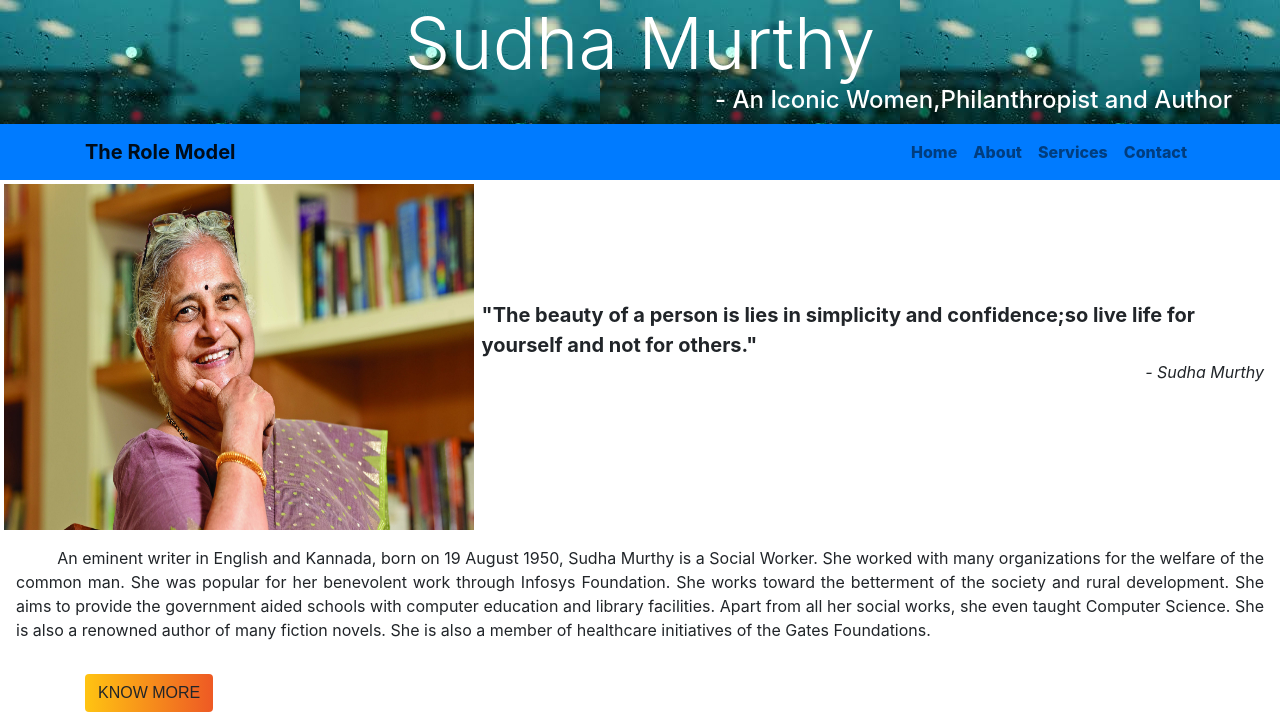
Repository: sumanthr18/RoleModel
Page: index.html
These files come from the project's save history. The page is drawn as it stood at one moment and after the next save; the edit follows.
The browser window is 1280 px wide. The pictures show the whole page.

Above is the page before, as saved 2020-03-14 19:13:57.

### index.html
<!DOCTYPE html>
<html lang="en">
<head>
    <meta charset="UTF-8">
    <meta name="viewport" content="width=device-width, initial-scale=1.0">
    <title>SudhaMurthy</title>
    <link rel="stylesheet" href="style.css">
    <link rel="stylesheet" href="https://stackpath.bootstrapcdn.com/bootstrap/4.4.1/css/bootstrap.min.css" integrity="sha384-Vkoo8x4CGsO3+Hhxv8T/Q5PaXtkKtu6ug5TOeNV6gBiFeWPGFN9MuhOf23Q9Ifjh" crossorigin="anonymous">
</head>
<body>
    <header style="background-image: url(images.jpg);padding-bottom: 0.1%;">
        <h1 class="display-3 text-center my-0 text-white ">Sudha Murthy</h1>
        <h4 class="text-right mr-5 text-white">- An Iconic Women,Philanthropist and Author</h4>
    </header>
    <nav class="navbar navbar-expand-sm navbar-light bg-primary mb-0">
        <div class="container">
            <a style="font-weight: bold;" class="navbar-brand " href="#">The Role Model</a>
            <button class="navbar-toggler" data-toggle="collapse" data-target="#navbarNav">
                <span class="navbar-toggler-icon"></span>
            </button>
            <div class="collapse navbar-collapse" id="navbarNav">
                <ul style="font-weight: 800;" class="navbar-nav ml-auto">
                    <li class="nav-item">
                        <a class="nav-link" href="#">Home</a>
                    </li>
                    <li class="nav-item">
                        <a class="nav-link" href="#">About</a>
                    </li>
                    <li class="nav-item">
                        <a class="nav-link" href="#">Services</a>
                    </li>
                    <li class="nav-item">
                        <a class="nav-link" href="#">Contact</a>
                    </li>
                </ul>
            </div>
        </div>
    </nav>

<div class="media">
        <img class="mt-0 pl-1 pt-1" style="width:37%;height:350px" src="Sudha_Murty_1-update.jpg">
        <blockquote class="" >
            <br>
            <br>
            <br>
            <br>
            <br>
            <p class="ml-2 mb-0 lead" style="font-weight: bold;">"The beauty of a person is lies in simplicity and confidence;so live life for yourself and not for others."</p>
            <footer class="pr-3 text-sm-right"><cite>- Sudha Murthy</cite></footer>
        </blockquote>
</div>

<div>
    <p class="text-justify p-3">&nbsp;&nbsp;&nbsp;&nbsp;&nbsp;&nbsp;&nbsp;&nbsp; An eminent writer in English and Kannada, born on 19 August 1950, Sudha Murthy is a Social Worker. She worked with many organizations for the welfare of the common man. She was popular for her benevolent work through Infosys Foundation.
        She works toward the betterment of the society and rural development. She aims to provide the government aided schools with computer education and library facilities. Apart from all her social works, she even taught Computer Science. She is also a renowned author of many fiction novels. She is also a member of healthcare initiatives of the Gates Foundations.
    </p>
</div>
<div class="container">
<button class="btn btn1 ">Know more</button>
</div>
<footer>

</footer>
</body>
</html>

### style.css
/* .container{
    position:absolute;
    left:50%; top:50%;
    transform: traslate(-50%,-50%);
    text-align:center;
} */

.btn{
    font-family: "montserrat", sans-serif;
    text-transform: uppercase;
    border-radius: 6px;
    cursor: pointer;color:#fff;
    background-size: 200%;
    transition:0.6s;
}

.btn1{
    background-image: linear-gradient(to left,#FFC312,#EE5A24,#FFC312);
}

.btn:hover{
    background-position: right;
}

After the next save:
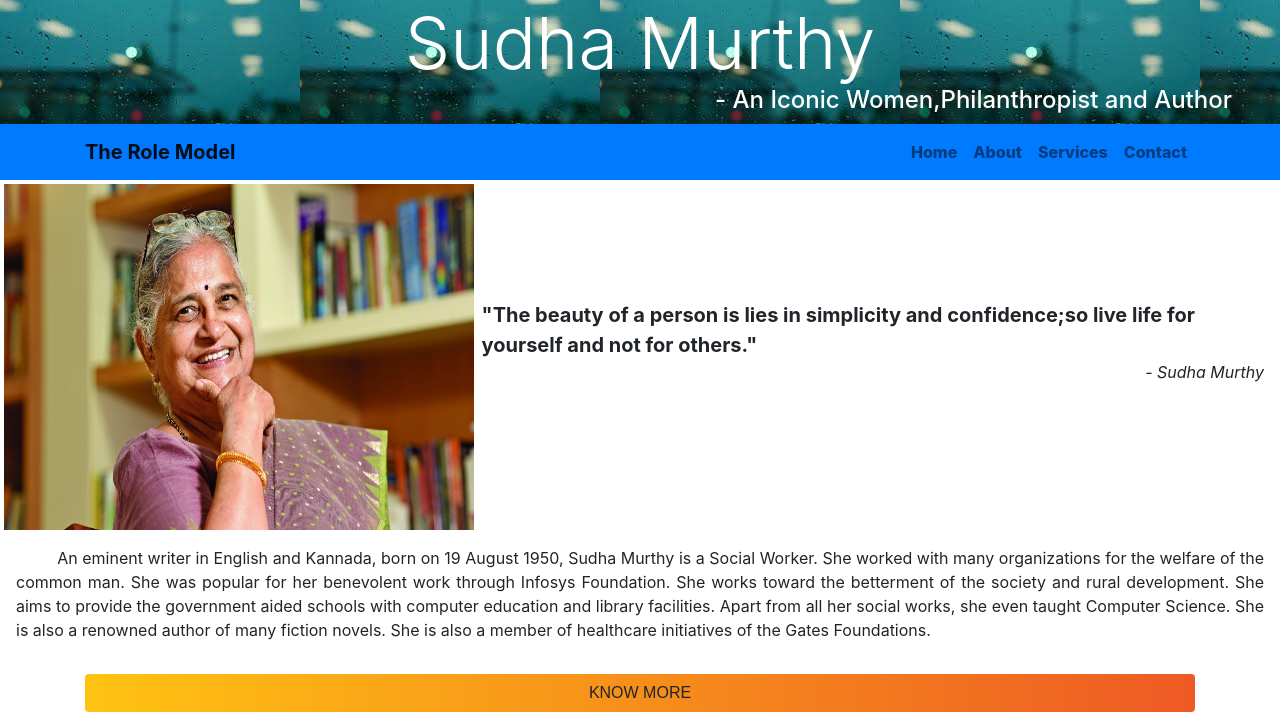
Saved 21 s later.
--- a/index.html
+++ b/index.html
@@ -56,7 +56,7 @@
     </p>
 </div>
 <div class="container">
-<button class="btn btn1 ">Know more</button>
+<button class="btn btn1 btn-block">Know more</button>
 </div>
 <footer>
 
